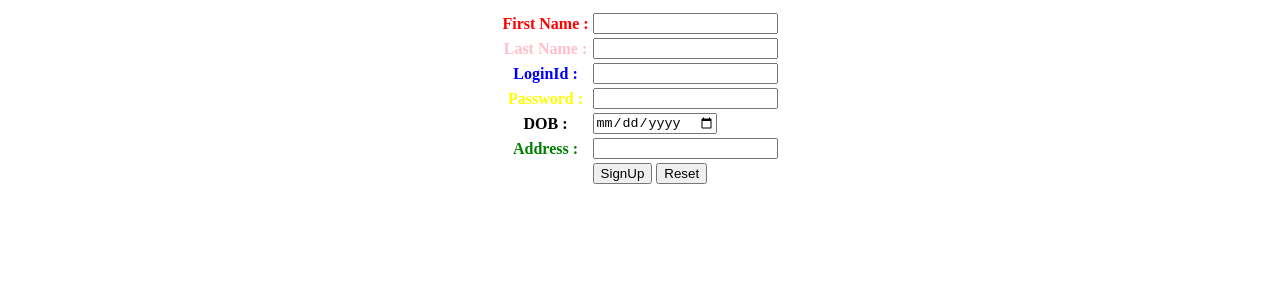
Repository: Jatdevta/AdvanceJava
Page: http://localhost/DynamicProject/UserRegistration.jsp
An editor plug-in stored every save of this project. The page is shown before and after the next save, followed by the edit.
The browser window is 1280 px wide. The pictures show the whole page.
The page is served by Tomcat 9.

Above is the page before, as saved 2023-08-18 07:06:42.

After the next save:
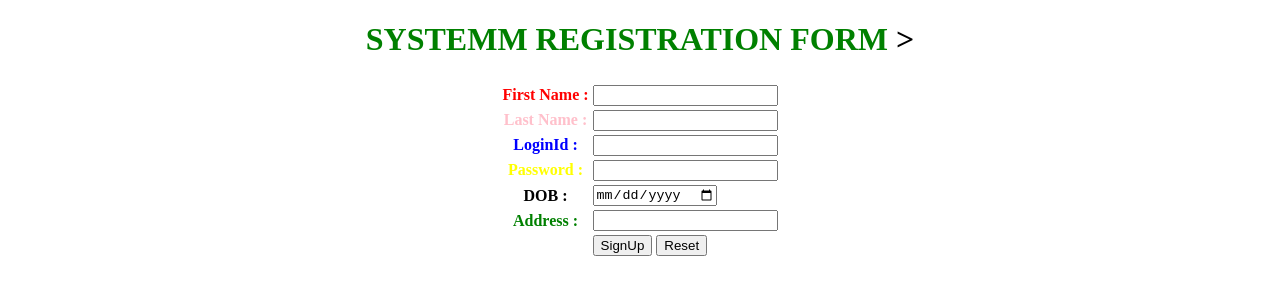
Saved 6 min 8 s later.
--- a/Advancejava/DynamicProject/WebContent/UserRegistration.jsp
+++ b/Advancejava/DynamicProject/WebContent/UserRegistration.jsp
@@ -14,6 +14,7 @@
 	%>
 	<form action="UserCTL" method="post">
 		<table>
+
 			<tr>
 				<%
 					if (msg != null) {
@@ -24,7 +25,9 @@
 				%>
 			</tr>
 			<tr>
-
+			<h1>
+			<font color="green">SYSTEMM REGISTRATION FORM</font>
+			></h1>
 
 				<th style=color:red;> First Name :</th>
 				<td><input type="text" name="firstName"></td>
